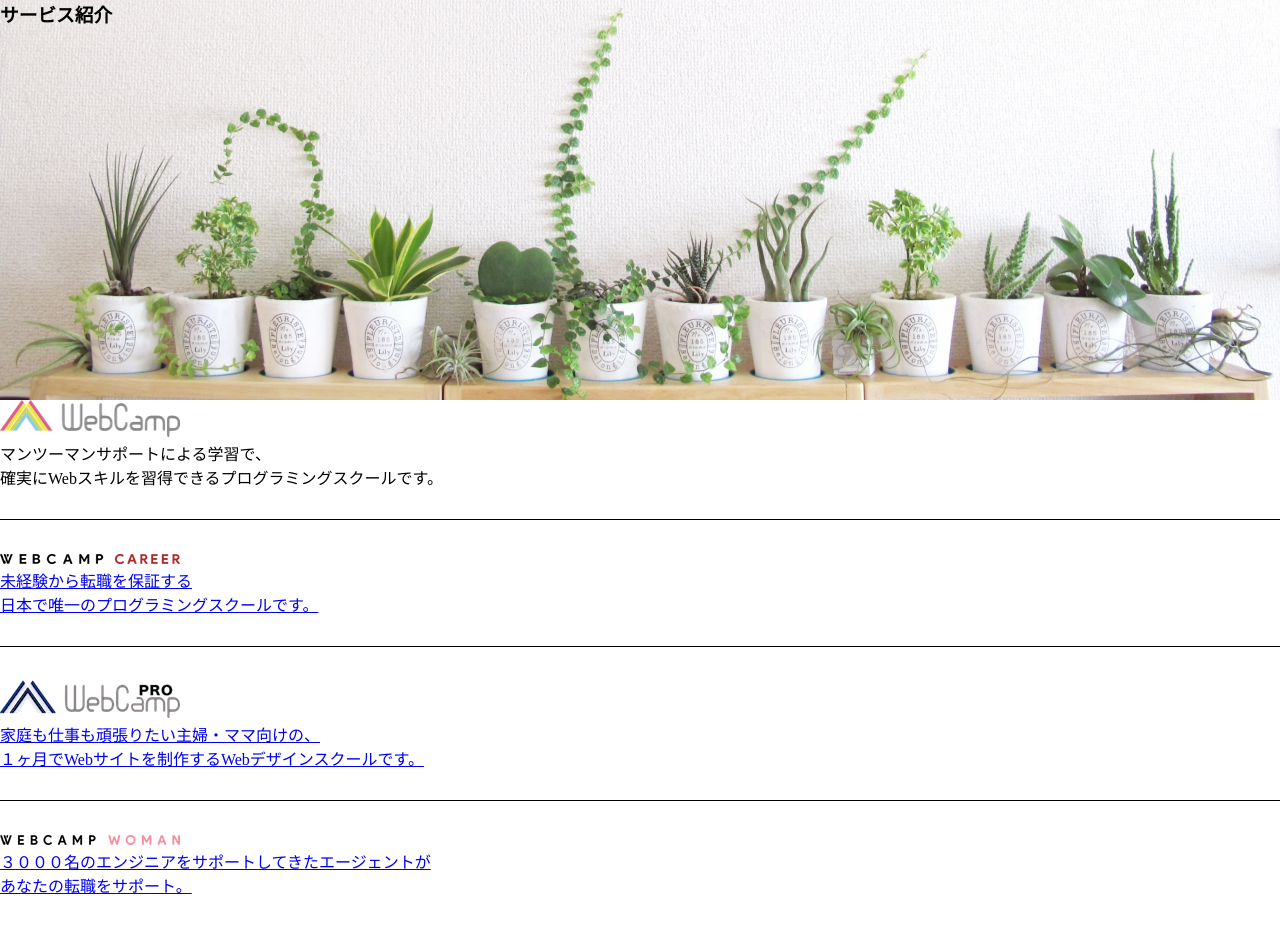
Repository: Yuki-Kawagoe/chapter4
Page: chapter7/index.html
The author's editor kept a record of every edit. The page is drawn from the files as they stood at one moment, then again after the next edit.
The browser window is 1280 px wide. The pictures show the whole page.

Above is the page before.

### chapter7/index.html
<!DOCTYPE html>
  <html lang="ja">

  <head>
    <meta charset="UTF-8" />
      <link rel="stylesheet" href="style.css" />
        <title>CHAPTER7</title>
  </head>

  <body>

  <section class="main-visual">
    <h3>サービス紹介</h3>
      </section>


    <section class="content1">
      <img src="img/wc-logo.png"></img>
      <p>マンツーマンサポートによる学習で、</br>
      確実にWebスキルを習得できるプログラミングスクールです。</p>
        <a href="index.html" webサイト/>

      </section>

    <section class="content2">
      <img src="img/wcc-logo.png"></img>
      <p>未経験から転職を保証する</br>
      日本で唯一のプログラミングスクールです。</p>


      </section>

    <section class="content3">
      <img src="img/wcp-logo.png"></img>
      <p>家庭も仕事も頑張りたい主婦・ママ向けの、</br>
        １ヶ月でWebサイトを制作するWebデザインスクールです。</p>

      </section>

    <section class="content4">
      <img src="img/wcw-logo.png"></img>
      <p>３０００名のエンジニアをサポートしてきたエージェントが</br>
      あなたの転職をサポート。</p>
      </section>


  </body>


  </html>

### chapter7/style.css
* {
  margin: 0px;
  padding: 0px;
  box-sizing: border-box;
}


.main-visual {
  width: 100%;
  height: 400px;
  background-image: url(img/mv.jpg);
  background-position: bottom;
  background-size: cover;
}

h1 {
  padding: 20px;
  color: grey;
}

.main-content {
  width: 840px;
  margin:50px auto;
}

.content1 {
  padding-bottom: 30px;
  border-bottom: 1px solid black;
}

.content2 {
  margin:30px auto;
  padding-bottom: 30px;
  border-bottom: 1px solid black;
}

.content3 {
  margin :30px auto;
  padding-bottom: 30px;
  border-bottom: 1px solid black;
}


.content4 {
  margin-bottom: 50px;
}

After the next edit:
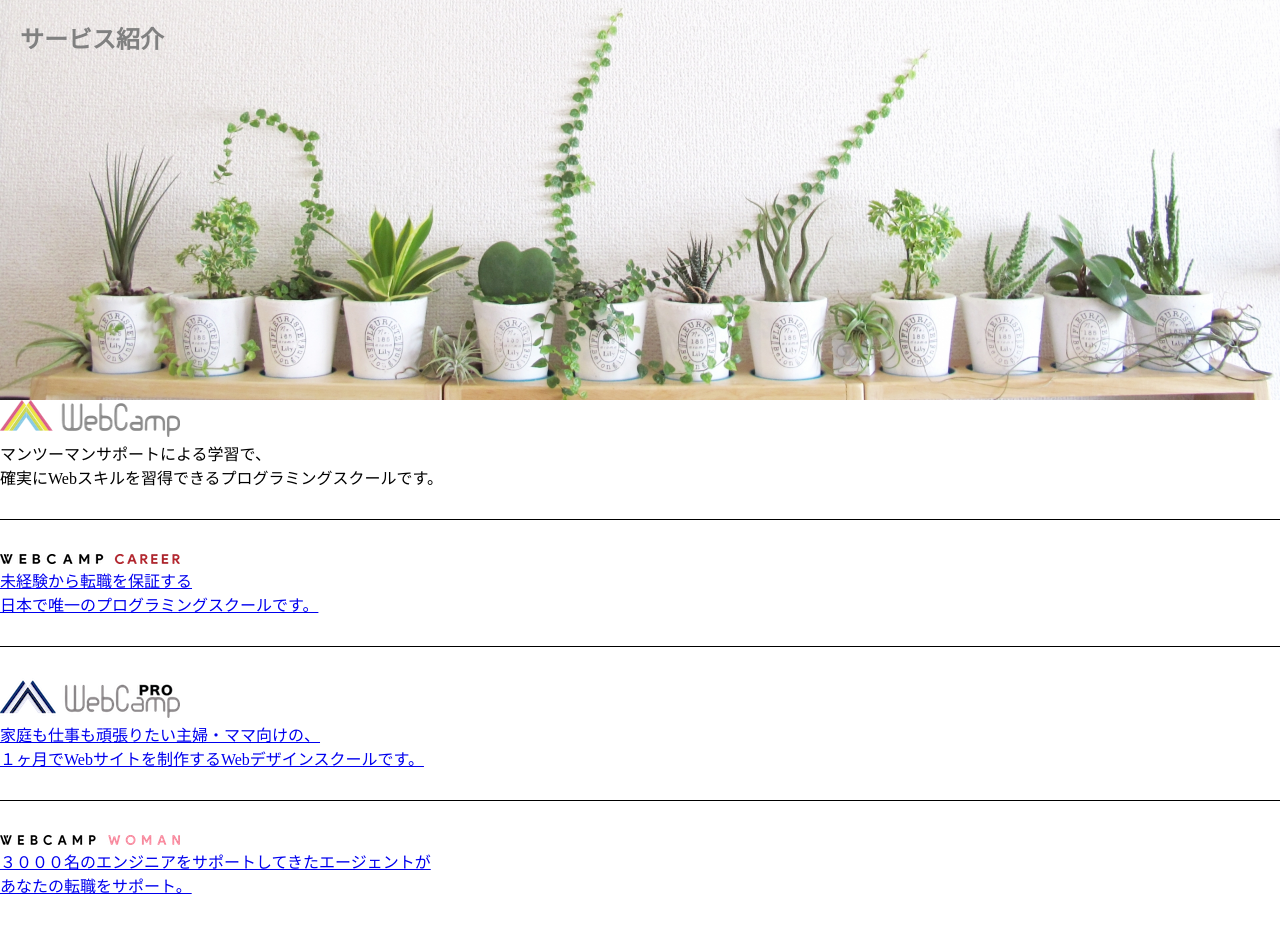
The edit:
--- a/chapter7/index.html
+++ b/chapter7/index.html
@@ -10,7 +10,7 @@
   <body>
 
   <section class="main-visual">
-    <h3>サービス紹介</h3>
+    <h1 class="headline">サービス紹介</h1>
       </section>
 
 
